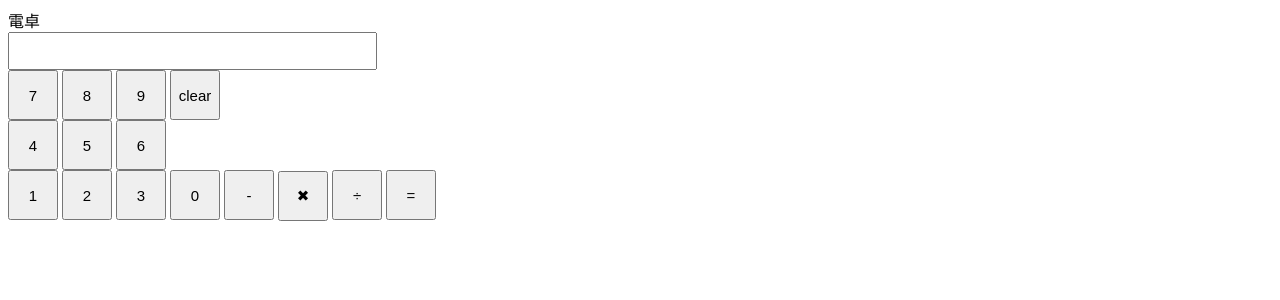
Repository: U-dias/work3
Page: 実践課題(電卓)/index.html
The author's editor kept a record of every edit. The page is drawn from the files as they stood at one moment, then again after the next edit.
The browser window is 1280 px wide. The pictures show the whole page.

Above is the page before.

After the next edit:
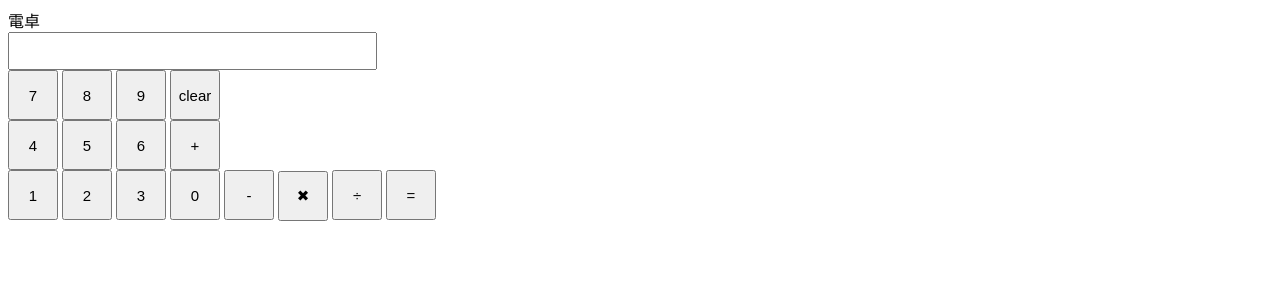
The edit:
--- a/実践課題(電卓)/index.html
+++ b/実践課題(電卓)/index.html
@@ -29,7 +29,8 @@
 
  <button onclick="append('4')">4</button>
  <button onclick="append('5')">5</button>
- <button onclick="append('6')">6</button><br />
+ <button onclick="append('6')">6</button>
+ <button onclick="append('+')">+</button><br />
 
  <button onclick="append('1')">1</button>
  <button onclick="append('2')">2</button>
